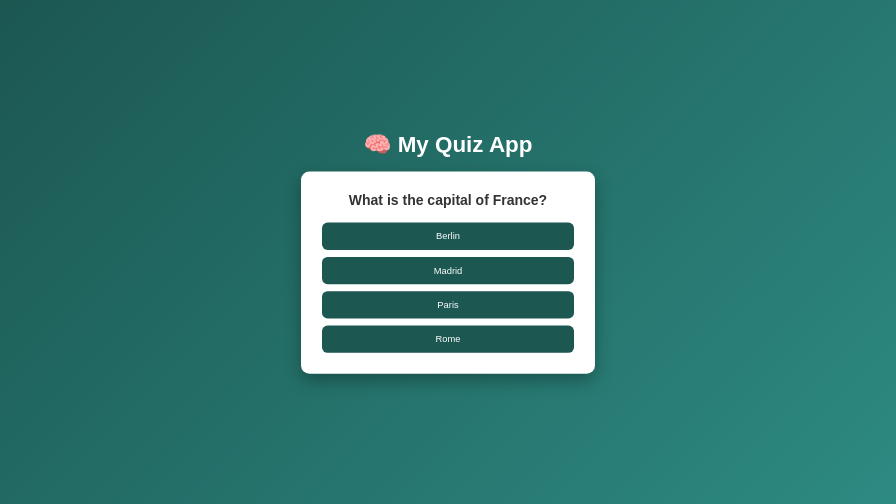
Repository: fatimaqueen9967-eng/SyntacexhubQuizApp
Page: index.html
An editor plug-in stored every save of this project. The page is shown before and after a run of saves, followed by the edit.
The browser window is 1280 px wide. The pictures show the part of the page from y = 0 to 1920 px (the page is 720 px tall before and 3028 px after), at 70% of full size.

Above is the page before, as saved 2026-03-15 06:49:04.

After the next 3 saves:
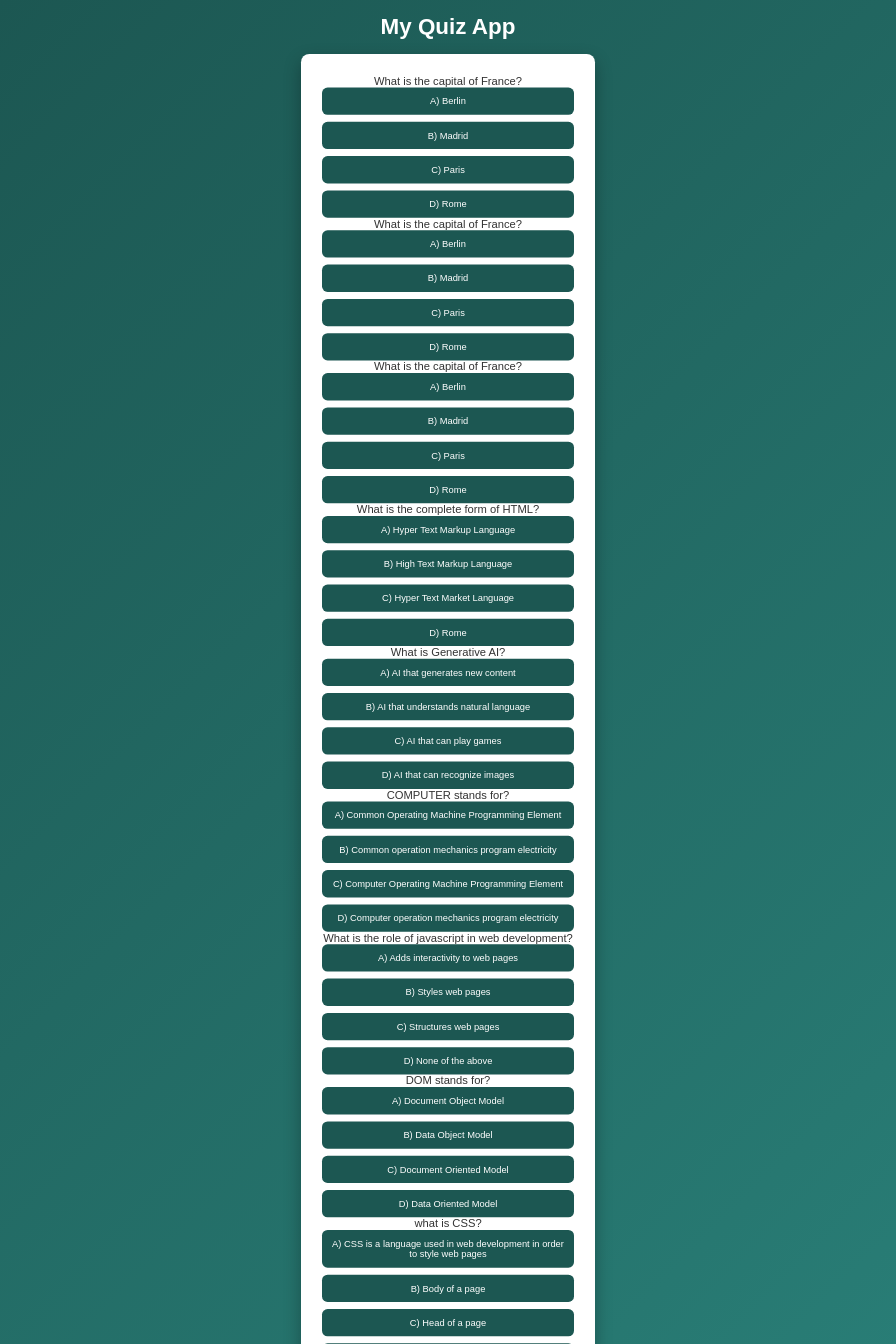
The 3 saves are shown as one change because they came seconds apart.
The last was saved 4 min 54 s later.
--- a/index.html
+++ b/index.html
@@ -1,4 +1,4 @@
-<!-- <!DOCTYPE html>
+<!DOCTYPE html>
 <html lang="en">
 <head>
     <meta charset="UTF-8">
@@ -140,33 +140,4 @@
 
 
 </body>
-</html> -->
-<!DOCTYPE html>
-<html lang="en">
-<head>
-<meta charset="UTF-8">
-<meta name="viewport" content="width=device-width, initial-scale=1.0">
-<title>Quiz App</title>
-<link rel="stylesheet" href="style.css">
-</head>
-
-<body>
-
-<h1>🧠 My Quiz App</h1>
-
-<div class="box">
-
-    <div id="question">Question will appear here</div>
-
-    <div id="options" class="options">
-        <!-- Buttons generated by JS -->
-    </div>
-
-    <button id="nextBtn">Next Question</button>
-
-</div>
-
-<script src="script.js"></script>
-
-</body>
 </html>
